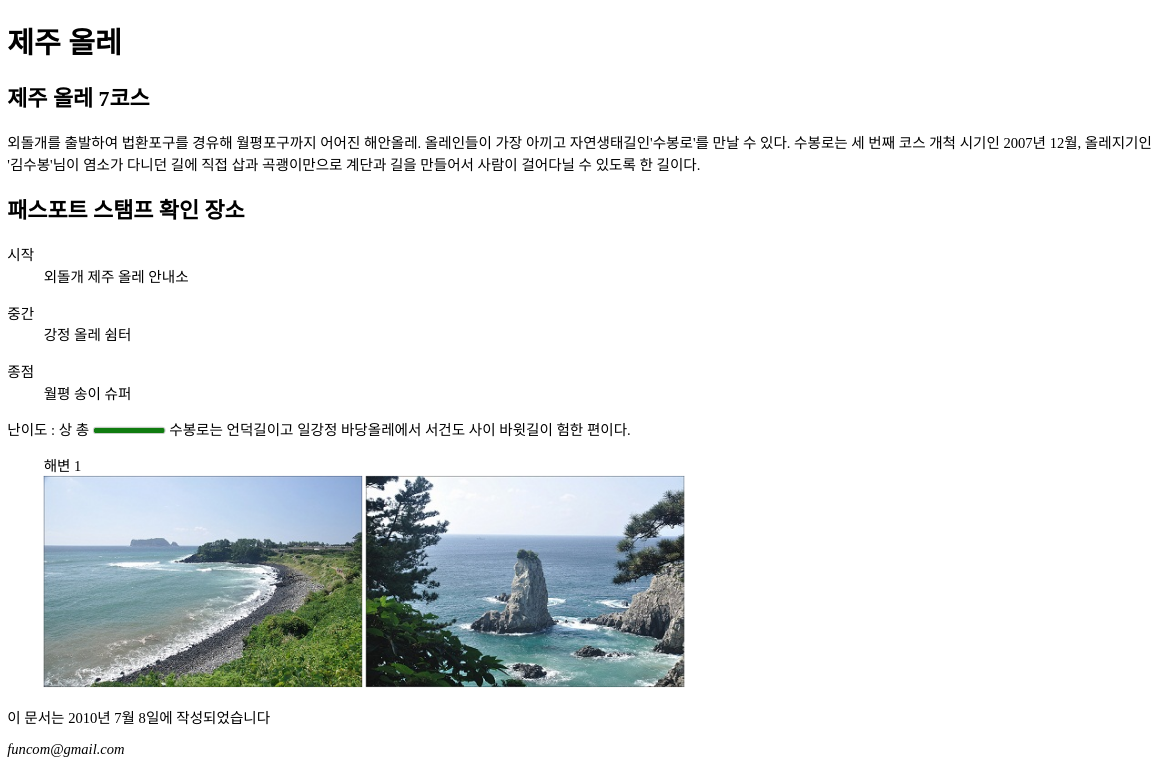
Repository: jinaa11/Kcc_Web
Page: Html/WebContent/sample2.html
The author's editor kept a copy of each file at every save. The page is drawn from the files as they stood at one save, then again after the next save.
The browser window is 1280 px wide. The pictures show the whole page, at 91% of full size.

Above is the page before, as saved 2024-07-08 07:33:52.

### Html/WebContent/sample2.html
<!DOCTYPE html>
<html>
<head>
<meta charset="UTF-8">
<title>Insert title here</title>
</head>
<body>
<header>
	<h1>제주 올레</h1>
</header>

<section>
	<h2>제주 올레 7코스</h2>
	<p>
		외돌개를 출발하여 법환포구를 경유해 월평포구까지 어어진 해안올레.
  		올레인들이 가장 아끼고 자연생태길인'수봉로'를 만날 수 있다.
  		수봉로는 세 번째 코스 개척 시기인 2007년 12월, 올레지기인 '김수봉'님이 염소가 다니던 길에 직접 삽과 곡괭이만으로 계단과 길을 만들어서 사람이 걸어다닐 수 있도록 한 길이다.
	</p>
</section>

<article>
	<header>
		<h2>패스포트 스탬프 확인 장소</h2>
	</header>
	<div>
		<dl>
			<dt>시작</dt>
			<dd>외돌개 제주 올레 안내소</dd>
		</dl>
		<dl>
			<dt>중간</dt>
			<dd>강정 올레 쉼터</dd>
		</dl>
		<dl>
			<dt>종점</dt>
			<dd>월평 송이 슈퍼</dd>
		</dl>
	</div>
	<div>
		난이도 : 상 총 <meter value="16400">16.4km(4~5시간)</meter>
		수봉로는 언덕길이고 일강정 바당올레에서 서건도 사이 바윗길이 험한 편이다.
	</div>
</article>

<div>
<figure>
	<figcaption>해변 1</figcaption>
	<img src="images/road1.jpg">
    <img src="images/road2.jpg">
</figure>
</div>

<footer>
	<p>이 문서는 2010년 7월 8일에 작성되었습니다</p>
	<address>
		<!-- 주소 태그 -->
		<p>funcom@gmail.com</p>
	</address>
</footer>












</body>
</html>

After the next save:
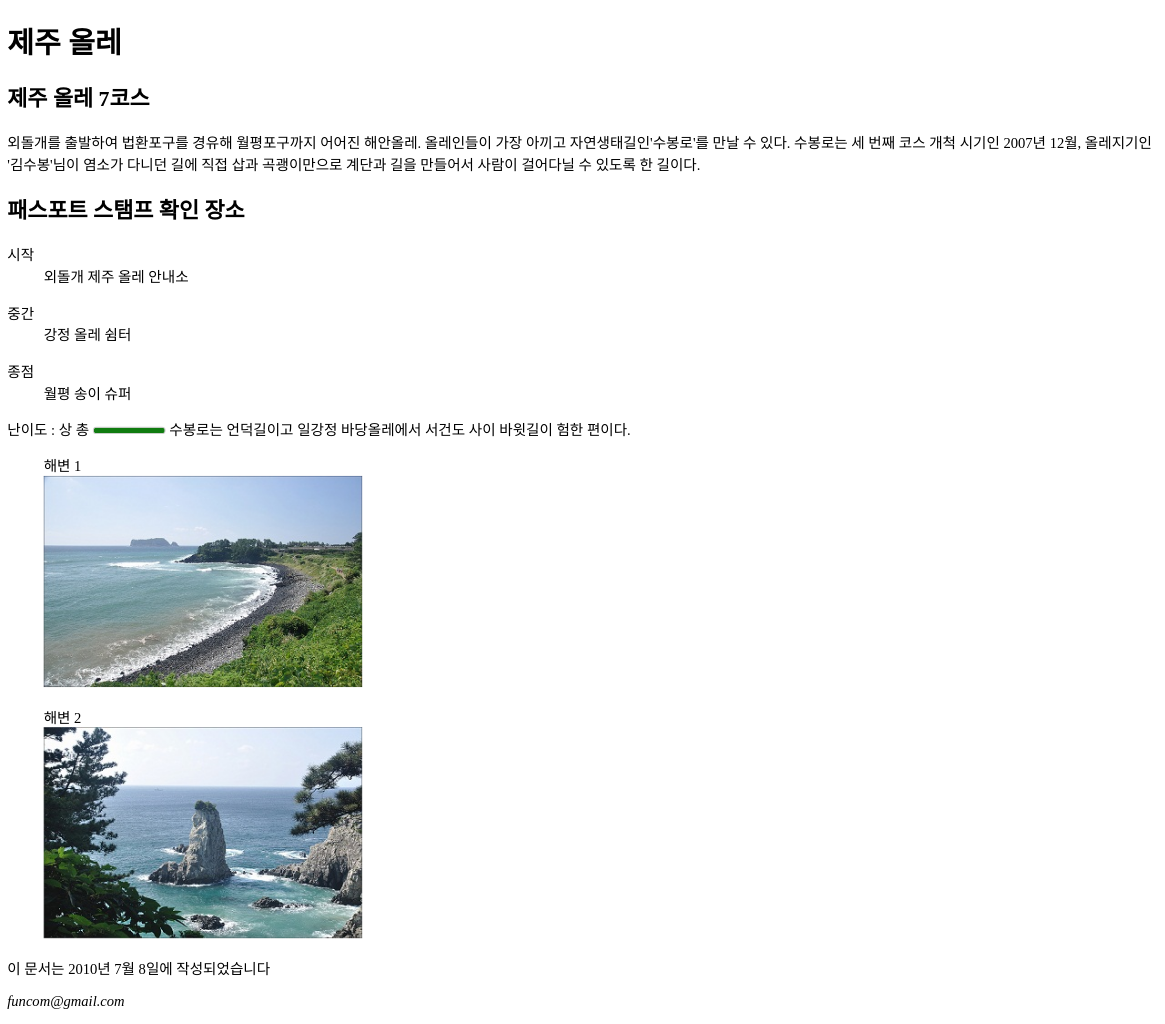
Saved 27 s later.
--- a/Html/WebContent/sample2.html
+++ b/Html/WebContent/sample2.html
@@ -43,11 +43,15 @@
 </article>
 
 <div>
-<figure>
-	<figcaption>해변 1</figcaption>
-	<img src="images/road1.jpg">
-    <img src="images/road2.jpg">
-</figure>
+	<figure>
+		<figcaption>해변 1</figcaption>
+		<img src="images/road1.jpg">
+	</figure>
+	<figure>
+		<figcaption>해변 2</figcaption>
+		<img src="images/road2.jpg">
+	</figure>
+
 </div>
 
 <footer>
